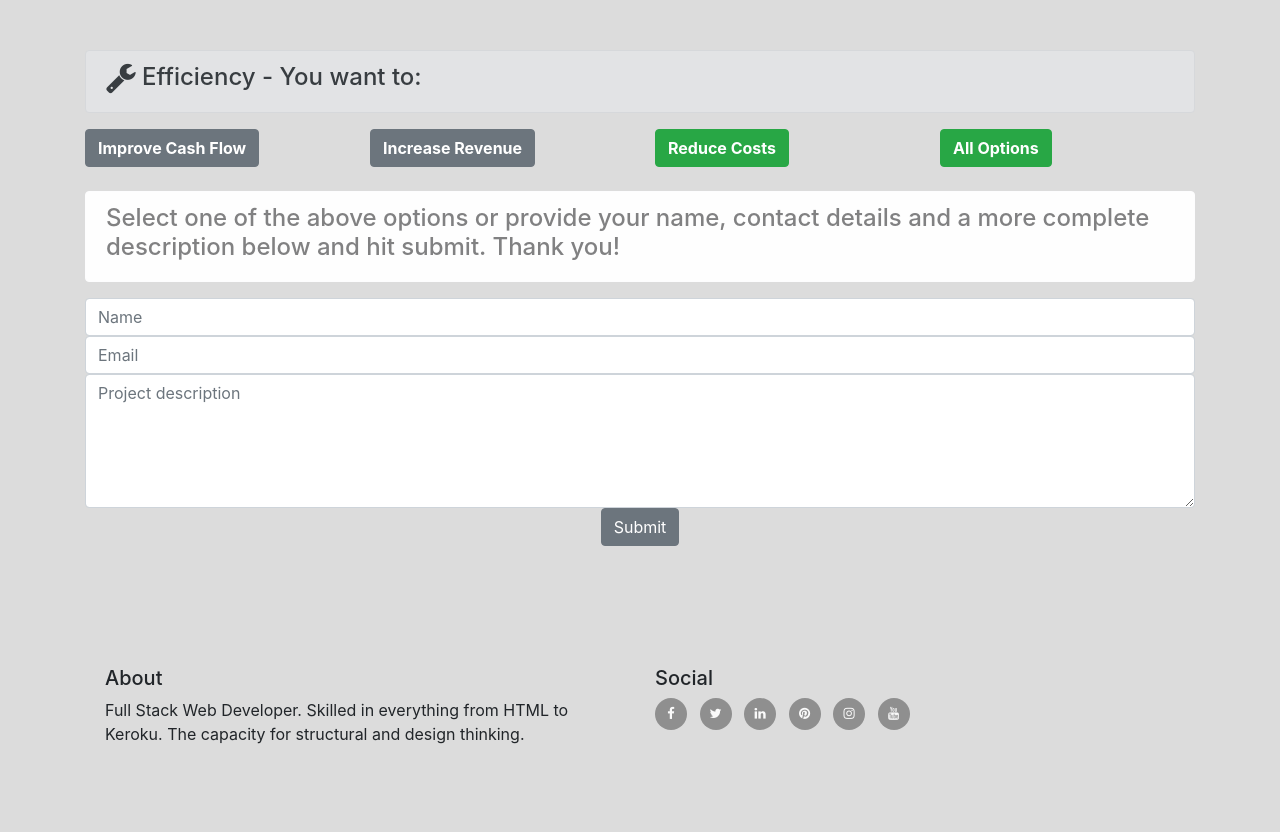
Repository: Code-Institute-Submissions/tenerim-milestone1
Page: Efficiency.html
The author's editor kept a record of every edit. The page is drawn from the files as they stood at one moment, then again after the next edit.
The browser window is 1280 px wide. The pictures show the whole page.

Above is the page before.

### Efficiency.html
<!DOCTYPE html>
<html lang="en">

<head>
    <meta charset="UTF-8">
    <meta name="viewport" content="width=device-width, initial-scale=1.0">
    <meta http-equiv="X-UA-Compatible" content="ie=edge">
    <link rel="stylesheet" href="https://stackpath.bootstrapcdn.com/bootstrap/4.3.1/css/bootstrap.min.css" type="text/css" />
    <link href="https://stackpath.bootstrapcdn.com/bootstrap/4.3.1/css/bootstrap.min.css" rel="stylesheet" integrity="sha384-ggOyR0iXCbMQv3Xipma34MD+dH/1fQ784/j6cY/iJTQUOhcWr7x9JvoRxT2MZw1T" crossorigin="anonymous">
    <link rel="stylesheet" href="https://stackpath.bootstrapcdn.com/font-awesome/4.7.0/css/font-awesome.min.css" type="text/css" />
    <link href="https://stackpath.bootstrapcdn.com/font-awesome/4.7.0/css/font-awesome.min.css" rel="stylesheet" integrity="sha384-wvfXpqpZZVQGK6TAh5PVlGOfQNHSoD2xbE+QkPxCAFlNEevoEH3Sl0sibVcOQVnN" crossorigin="anonymous">
    <link rel="stylesheet" href="assets/css/style.css" type="text/css" />
    <title>MT Milestone Project 1</title>

</head>

<!-------------------------------------------------------------Efficiency -->

<body>

    <section id="Efficiency" ;>

        <div class="container">

            <div class="row">
                <div class="col-sm-12">
                    <div class="alert alert-secondary" role="alert">
                        <h4 class="alert-heading"><i class="fa fa-wrench fa-lg" aria-hidden="true"></i> Efficiency - You want to:</h4>
                    </div>
                </div>
            </div>

            <div class="row">

                <div class="col-sm-3">
                    <button type="button" class="btn btn-secondary"><a href="#" class="alert-link">Improve Cash Flow</a></button> <br />
                </div>
                <div class="col-sm-3">
                    <button type="button" class="btn btn-secondary"><a href="#" class="alert-link">Increase Revenue</a></button> <br />
                </div>
                <div class="col-sm-3">
                    <button type="button" class="btn btn-success"><a href="#" class="alert-link">Reduce Costs</a></button> <br />
                </div>
                <div class="col-sm-3">
                    <button type="button" class="btn btn-success"><a href="#" class="alert-link">All Options</a></button> <br /> <br />
                </div>
            </div>

            <div class="alert alert-light" role="alert">
                <h4 class="alert-heading">Select one of the above options or provide your name, contact details and a more complete description below and hit submit. Thank you!</h4>
            </div>

            <div class="center-form">
                <form>
                    <input type="text" name="name" id="fullname" class="form-control" placeholder="Name" required />
                    <input type="email" name="email" id="emailaddress" class="form-control" placeholder="Email" required />
                    <textarea rows="5" name="projectsummary" id="projectsummary" class="form-control" placeholder="Project description" required></textarea>
                    <div class="form-row text-center">
                        <div class="col">
                            <button type="submit" class="btn btn-secondary">Submit</button>
                        </div>
                    </div>
                </form>
            </div>

        </div>

    </section>


    <!-------------------------------------------------------------Footer -->


    <Section id="footer" ;>

        <footer class="container">
            <div id="footer-details" class="row">
                <div class="col-sm-6">
                    <h5 class="uppercase general-sub">About</h5>
                    <p class "inline-block">
                        Full Stack Web Developer. Skilled in everything from HTML to Keroku. The capacity for structural and design thinking.</p>
                </div>


                <div class="col-sm-6">
                    <h5 class="uppercase general-sub">Social</h5>
                    <ul class="list-inline social-links">
                        <li class="list-inline-item">
                            <a target="_blank" href="#">
                            <i class="fa fa-facebook" aria-hidden="true"></i>
                            <span class="sr-only">Facebook</span>
                        </a>
                        </li>
                        <li class="list-inline-item">
                            <a target="_blank" href="#">
                            <i class="fa fa-twitter" aria-hidden="true"></i>
                            <span class="sr-only">twitter</span>
                        </a>
                        </li>
                        <li class="list-inline-item">
                            <a target="_blank" href="#">
                            <i class="fa fa-linkedin" aria-hidden="true"></i>
                            <span class="sr-only">LinkedIn</span>
                        </a>
                        </li>
                        </li>
                        <li class="list-inline-item">
                            <a target="_blank" href="#">
                            <i class="fa fa-pinterest" aria-hidden="true"></i>
                            <span class="sr-only">Pinterest</span>
                        </a>
                        </li>
                        </li>
                        <li class="list-inline-item">
                            <a target="_blank" href="#">
                            <i class="fa fa-instagram" aria-hidden="true"></i>
                            <span class="sr-only">Instagram</span>
                        </a>
                        </li>
                        </li>
                        <li class="list-inline-item">
                            <a target="_blank" href="#">
                            <i class="fa fa-youtube" aria-hidden="true"></i>
                            <span class="sr-only">YouTube</span>
                        </a>
                        </li>
                    </ul>
                </div>
            </div>

        </footer>

    </Section>

</body>

</html>

### assets/css/style.css
.container-fluid {
    background-color: rgb(220, 220, 220);
}

section {
    background-color: rgb(220, 220, 220);
    padding-top: 50px;
    padding-bottom: 50px;
}

.splash {
    background-color: rgb(192, 192, 192);
}


.display-4 {
    padding-top: 50px;
}


.lead {
    padding-bottom: 50px;
}


.headbox {
    border-radius: 25px;
    border: 2px solid #73AD21;
    padding: 10px;
    text-align: center;
    width: 200px;

}

h4 {
    color: rgb(255, 255, 255);
}


.alert-link {

color: rgb(255, 255, 255);
}

/*--------------------------------------How I Got Here-----*/

.timeline-item {
    padding: 0em 1em 1em 1em;
    border-left: 1px solid;
}

.timeline-item:before {
    content: attr(data-dates);
    left: 2.5em;
    top: 3em;
    display: block;
    font-weight: 500;
    font-size: 1em;
    color: #fafafa;
}

.timeline-item:after {
    width: 12px;
    height: 12px;
    display: block;
    top: -3em;
    position: relative;
    left: -23px;
    border-radius: 12px;
    content: "";
    background: #fafafa;
}


/*--------------------------------------How I Add Value-----*/








/*--------------------------------------Contact-----*/

.contact {
  position: relative;
  text-align: center;
  color: white;
}


.top-left {
  position: absolute;
  top: 8px;
  left: 16px;
}




/*--------------------------------------Footer-----*/

.social-links {
    padding-bottom: 15px;
}

.social-links li a i {
    width: 32px;
    height: 32px;
    padding: 12px 0;
    border-radius: 50%;
    font-size: 13px;
    line-height: 7px;
    text-align: center;
    color: #fafafa;
    background: #8f8f8f;
    transition: all 0.35s ease-in-out;
    -moz-transition: all 0.35s ease-in-out;
    -webkit-transition: all 0.35s ease-in-out;
    -o-transition: all 0.35s ease-in-out;
}

.social-links li a i:hover {
    background: #e84610;
}

#footer-details {
    padding: 20px;
}

After the next edit:
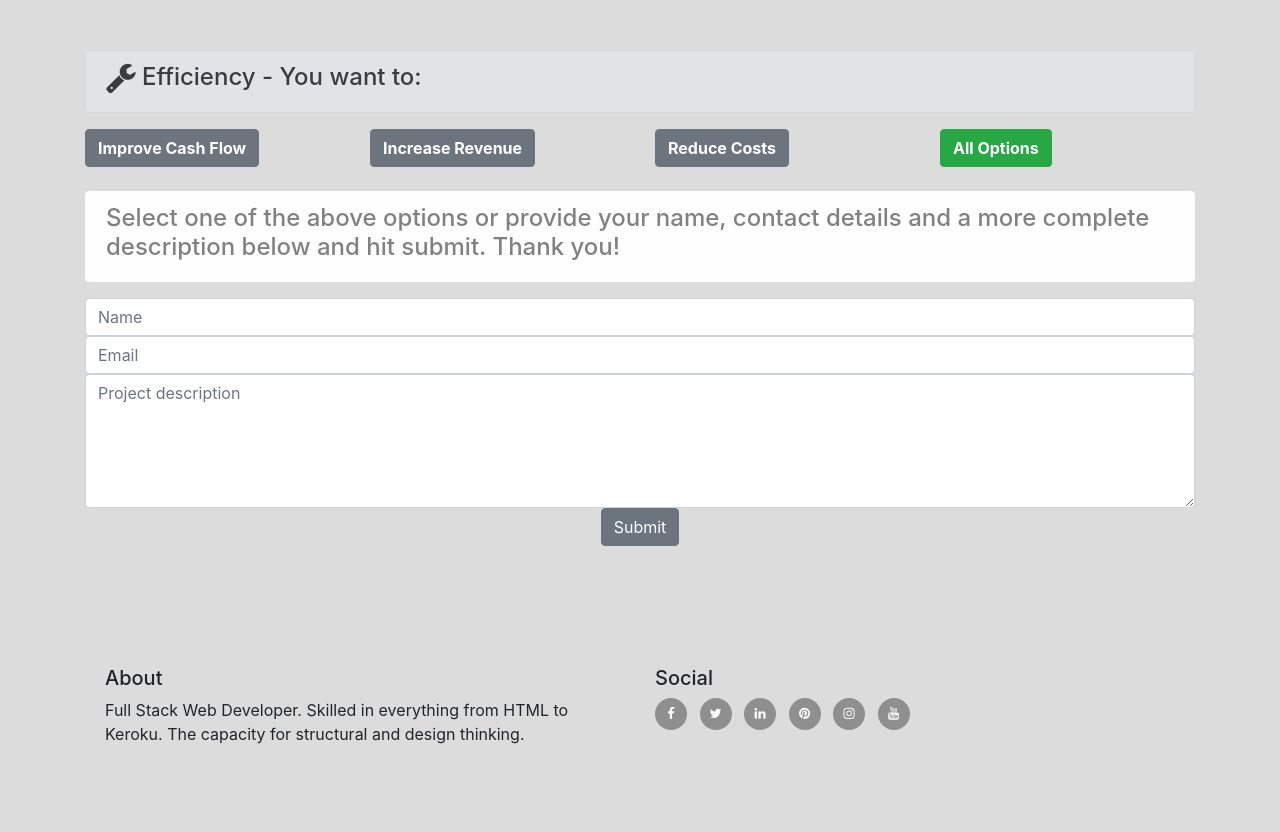
The edit:
--- a/Efficiency.html
+++ b/Efficiency.html
@@ -39,7 +39,7 @@
                     <button type="button" class="btn btn-secondary"><a href="#" class="alert-link">Increase Revenue</a></button> <br />
                 </div>
                 <div class="col-sm-3">
-                    <button type="button" class="btn btn-success"><a href="#" class="alert-link">Reduce Costs</a></button> <br />
+                    <button type="button" class="btn btn-secondary"><a href="#" class="alert-link">Reduce Costs</a></button> <br />
                 </div>
                 <div class="col-sm-3">
                     <button type="button" class="btn btn-success"><a href="#" class="alert-link">All Options</a></button> <br /> <br />
